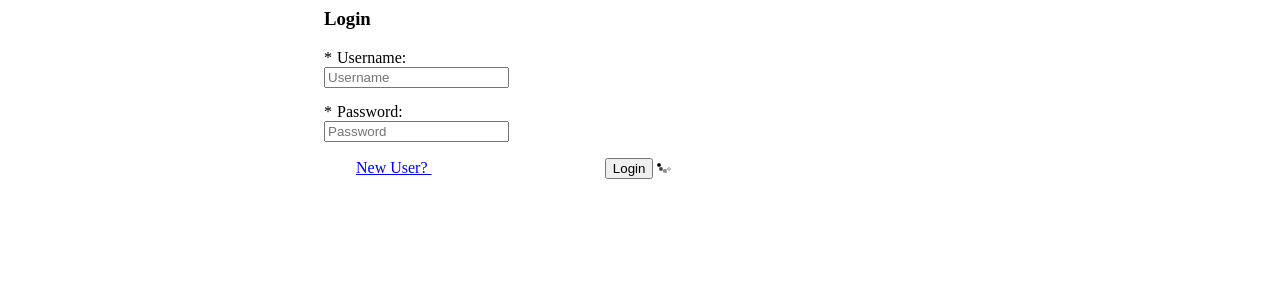
Repository: SUPRIGA/SecondProject
Page: CollaborationFrontEnd/src/main/webapp/user/login.html
The author's editor kept a copy of each file at every save. The page is drawn from the files as they stood at one save, then again after the next save.
The browser window is 1280 px wide. The pictures show the whole page.

Above is the page before, as saved 2017-01-12 05:15:50.

### CollaborationFrontEnd/src/main/webapp/user/login.html

     <!-- <form ng-submit="vm.login()" method="post" style="margin-left: 25%;" name="myForm">
     <h2 style="margin-bottom: 0em;">Login Here</h2>
     <section class="content bgcolor-1" style="margin-top: -3em;">
					<span class="input input--nao" style="margin-top: 0em;">
					<input class="input__field input__field--nao" type="text" id="userName" name="userName" ng-model="vm.userName" />
					<label class="input__label input__label--nao" for="userName">
						<span class="input__label-content input__label-content--nao">Username</span>
					</label>
					<svg class="graphic graphic--nao" width="300%" height="100%" viewBox="0 0 1200 60" preserveAspectRatio="none">
						<path d="M0,56.5c0,0,298.666,0,399.333,0C448.336,56.5,513.994,46,597,46c77.327,0,135,10.5,200.999,10.5c95.996,0,402.001,0,402.001,0"/>
					</svg>
				</span><br>

     			<span class="input input--nao" style="margin-top: 0em;">
					<input class="input__field input__field--nao" type="password" id="passWord" name="passWord" ng-model="vm.passWord" />
					<label class="input__label input__label--nao" for="passWord">
						<span class="input__label-content input__label-content--nao">Password</span>
					</label>
					<svg class="graphic graphic--nao" width="300%" height="100%" viewBox="0 0 1200 60" preserveAspectRatio="none">
						<path d="M0,56.5c0,0,298.666,0,399.333,0C448.336,56.5,513.994,46,597,46c77.327,0,135,10.5,200.999,10.5c95.996,0,402.001,0,402.001,0"/>
					</svg>
				</span><br>
				{{message}}
				<div class="row">
				<span class="input input--nao" style="margin-top: -1em; margin-left: 2em;">
				<a href="#register"> New User? </a>
				<input type="submit" name="submit" value="Login" class="btn btn-success" style="margin-left: 13em;" ng-disabled="myForm.$invalid">
				  <img ng-if="vm.dataLoading" src="data:[embedded picture, 922 characters]" />
				</span>

				</div>
     		</section>
     </form> -->

  <style type="text/css">
.form-group {
    margin-bottom: 15px;
}
.col-xs-12 {
    width: 50%;
}
</style>

		<form ng-submit="vm.login()" method="post" style="margin-left: 25%;" name="myForm">

					<div class="panel-heading">
						<h3 class="panel-title">Login</h3>
					</div>
					<div class="panel-body">
						 <form accept-charset="UTF-8" role="form" action="loginpage" method="post">

						 <div class="row">
                        <div class="form-group col-xs-12">
                    <label for="user_name"><span class="text-danger" style="margin-right:5px;">*</span>Username:</label>
                        <div class="input-group">
                            <input class="form-control"type="text" id="userName" name="userName" ng-model="vm.userName" placeholder="Username" required/>
                            <span class="input-group-btn">
                                <label class="btn btn-primary"><span class="glyphicon glyphicon-user" aria-hidden="true"></label>
                            </span>
                            </span>
                        </div>
                    </div>
                </div>

                <!-- Content Field -->
                <div class="row">
                    <div class="form-group col-xs-12">
                        <label for="password"><span class="text-danger" style="margin-right:5px;">*</span>Password:</label>
                        <div class="input-group">
                            <input class="form-control"  type="password" id="passWord" name="passWord" ng-model="vm.passWord" placeholder="Password" required/>
                            <span class="input-group-btn">
                                <label class="btn btn-primary"><span class="glyphicon glyphicon-lock" aria-hidden="true"></label>
                            </span>

                        </div>
                    </div>
                </div>
                <div class="row">
				<span class="input input--nao" style="margin-top: -1em; margin-left: 2em;">
				<a href="#register"> New User? </a>
				<input type="submit" name="submit" value="Login" class="btn btn-success" style="margin-left: 13em;" ng-disabled="myForm.$invalid">
				  <img ng-if="vm.dataLoading" src="data:[embedded picture, 922 characters]" />
				</span>

				</div>
					</div>

			</form>


     <!-- /container -->
		<script src="js/classie.js"></script>
		<script>
			(function() {
				// trim polyfill : https://developer.mozilla.org/en-US/docs/Web/JavaScript/Reference/Global_Objects/String/Trim
				if (!String.prototype.trim) {
					(function() {
						// Make sure we trim BOM and NBSP
						var rtrim = /^[\s\uFEFF\xA0]+|[\s\uFEFF\xA0]+$/g;
						String.prototype.trim = function() {
							return this.replace(rtrim, '');
						};
					})();
				}

				[].slice.call( document.querySelectorAll( 'input.input__field' ) ).forEach( function( inputEl ) {
					// in case the input is already filled..
					if( inputEl.value.trim() !== '' ) {
						classie.add( inputEl.parentNode, 'input--filled' );
					}

					// events:
					inputEl.addEventListener( 'focus', onInputFocus );
					inputEl.addEventListener( 'blur', onInputBlur );
				} );

				function onInputFocus( ev ) {
					classie.add( ev.target.parentNode, 'input--filled' );
				}

				function onInputBlur( ev ) {
					if( ev.target.value.trim() === '' ) {
						classie.remove( ev.target.parentNode, 'input--filled' );
					}
				}
			})();
		</script>

### CollaborationFrontEnd/src/main/webapp/js/classie.js
/*!
 * classie - class helper functions
 * from bonzo https://github.com/ded/bonzo
 *
 * classie.has( elem, 'my-class' ) -> true/false
 * classie.add( elem, 'my-new-class' )
 * classie.remove( elem, 'my-unwanted-class' )
 * classie.toggle( elem, 'my-class' )
 */

/*jshint browser: true, strict: true, undef: true */
/*global define: false */

( function( window ) {

'use strict';

// class helper functions from bonzo https://github.com/ded/bonzo

function classReg( className ) {
  return new RegExp("(^|\\s+)" + className + "(\\s+|$)");
}

// classList support for class management
// altho to be fair, the api sucks because it won't accept multiple classes at once
var hasClass, addClass, removeClass;

if ( 'classList' in document.documentElement ) {
  hasClass = function( elem, c ) {
    return elem.classList.contains( c );
  };
  addClass = function( elem, c ) {
    elem.classList.add( c );
  };
  removeClass = function( elem, c ) {
    elem.classList.remove( c );
  };
}
else {
  hasClass = function( elem, c ) {
    return classReg( c ).test( elem.className );
  };
  addClass = function( elem, c ) {
    if ( !hasClass( elem, c ) ) {
      elem.className = elem.className + ' ' + c;
    }
  };
  removeClass = function( elem, c ) {
    elem.className = elem.className.replace( classReg( c ), ' ' );
  };
}

function toggleClass( elem, c ) {
  var fn = hasClass( elem, c ) ? removeClass : addClass;
  fn( elem, c );
}

var classie = {
  // full names
  hasClass: hasClass,
  addClass: addClass,
  removeClass: removeClass,
  toggleClass: toggleClass,
  // short names
  has: hasClass,
  add: addClass,
  remove: removeClass,
  toggle: toggleClass
};

// transport
if ( typeof define === 'function' && define.amd ) {
  // AMD
  define( classie );
} else {
  // browser global
  window.classie = classie;
}

})( window );

After the next save:
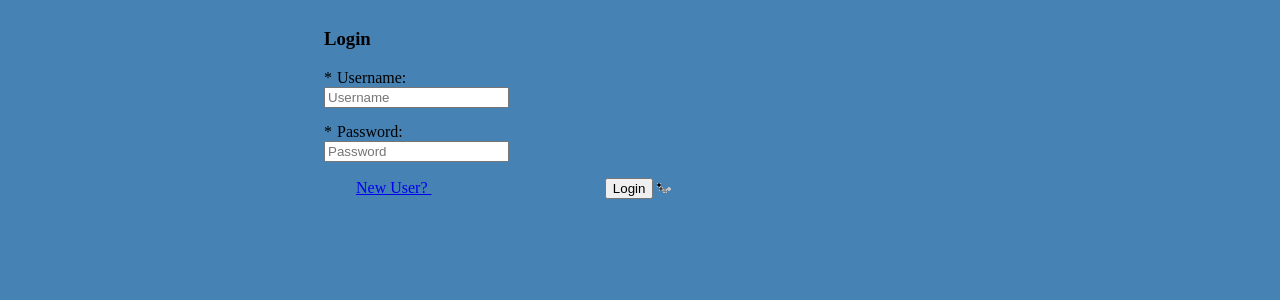
Saved 119 s later.
--- a/CollaborationFrontEnd/src/main/webapp/user/login.html
+++ b/CollaborationFrontEnd/src/main/webapp/user/login.html
@@ -40,6 +40,15 @@
 .col-xs-12 {
     width: 50%;
 }
+
+body {
+	padding-top: 20px;
+}
+
+body {
+    background-color: steelblue;
+}
+
 </style>
 
 		<form ng-submit="vm.login()" method="post" style="margin-left: 25%;" name="myForm">
